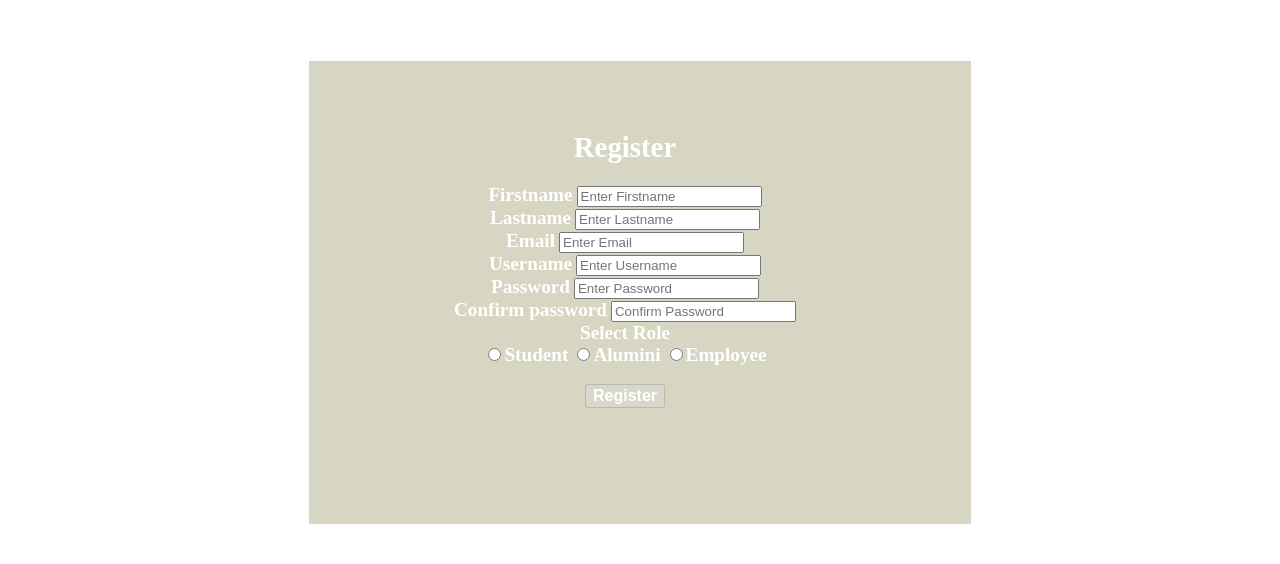
Repository: NeeleshPoojari/Project-2
Page: frontend_project2/WebContent/views/registrationform.html
An editor plug-in stored every save of this project. The page is shown before and after the next save, followed by the edit.
The browser window is 1280 px wide. The pictures show the whole page.

Above is the page before, as saved 2017-07-23 10:48:56.

### frontend_project2/WebContent/views/registrationform.html
<link href="css/registrationform.css" media="all" rel="stylesheet" type="text/css" />
<script src="js/passwordConfirm.js"></script>


<div >
<div class="Container">
	<div class="middle" style="margin-top: 60px;">

		<h2 align="center" style="color: white;" ><b><big>Register</big></b></h2>
		<form>
			<div align="center">
				<div class="row">
					<div class="form-group col-xs-6">
						<label style="color: white;"><b><big>Firstname</big></b></label> <input type="text"
							ng-model="user.firstname" placeholder="Enter Firstname"
							class="form-control input-lg" required>
					</div>


					<div class="form-group col-xs-6">
						<label style="color: white;"><b><big>Lastname</big></b></label> <input type="text"
							ng-model="user.lastname" placeholder="Enter Lastname"
							class="form-control input-lg" required>
					</div>

				</div>
			</div>

			<div align="center">
				<div class="row">
					<div class="form-group col-xs-6">
						<label style="color: white;"><b><big>Email</big></b></label> <input type="text"
							ng-model="user.email" placeholder="Enter Email"
							class="form-control input-lg" required>
					</div>


					<div class="form-group col-xs-6">
						<label style="color: white;"><b><big>Username</big></b></label> <input type="text"
							ng-model="user.username" placeholder="Enter Username"
							class="form-control input-lg" required>
					</div>

				</div>
			</div>


			<div align="center">
				<div class="row">
					<div class="form-group col-xs-6">
						<label style="color: white;"><b><big>Password</big></b></label> <input type="password"
							ng-model="user.password" placeholder="Enter Password"
							class="form-control input-lg" id="p1" required>
					</div>


					<div class="form-group col-xs-6">
						<label style="color: white;"><b><big>Confirm password</big></b></label> <input type="password"
							placeholder="Confirm Password" class="form-control input-lg" id="p2" onBlur='check_pass();'
							required><strong><span
								id='message'></span></strong>
					</div>

				</div>
			</div>

			<div align="center">
				<label style="color: white;"><b><big>Select Role</big></b></label><br>
				<div class="row">
					<input type="radio" ng-model="user.role" value="Student"><b style="color: white;"><big>Student</big></b>
					<input type="radio" ng-model="user.role" value="Alumini"><b style="color: white;"><big>Alumini</big></b>
					<input type="radio" ng-model="user.role" value="Employee"><b style="color: white;"><big>Employee</big></b>
				</div>
				<br>
				<button type="submit" ng-click="register()" class="btn btn-success btn-lg" id="submit" disabled ><b style="color: white;"><big>Register</big></button>
			</div>

			<!--

		Enter Firstname:<input type="text" ng-model="user.firstname"><br>
		Enter Lastname:<input type="text" ng-model="user.lastname"><br>
		Enter Email:<input type="text" ng-model="user.email"><br>
		Enter Username:<input type="text" ng-model="user.username"><br>
		Enter Password:<input type="password" ng-model="user.password"><br>

		Select Role<input type="radio" ng-model="user.role" value="Student">Student<br>
		<input type="radio" ng-model="user.role" value="Alumini">Alumini<br>
		<input type="radio" ng-model="user.role" value="Employee">Employee<br>

		<input type="submit" ng-click="register()"><br>
		 -->


		</form>
	</div>
</div>
</div>

### frontend_project2/WebContent/css/registrationform.css
.middle {
	border: 1px solid white;
	background-color: #d6d6c2;
	padding-top: 50px;
	padding-right: 50px;
	padding-bottom: 100px;
	padding-left: 20px;
	margin-left: 300px;
	margin-right: 300px;
}

### frontend_project2/WebContent/js/passwordConfirm.js
function check_pass() {
	if (document.getElementById('p1').value == document.getElementById('p2').value) {
		document.getElementById('submit').disabled = false;
		document.getElementById('message').style.color = 'green';
		document.getElementById('message').innerHTML = 'Matching';
	} else {
		document.getElementById('submit').disabled = true;
		document.getElementById('message').style.color = 'red';
		document.getElementById('message').innerHTML = 'Not Matching';
		window.alert('Entered Password is Not matching with above password ');

	}
}

After the next save:
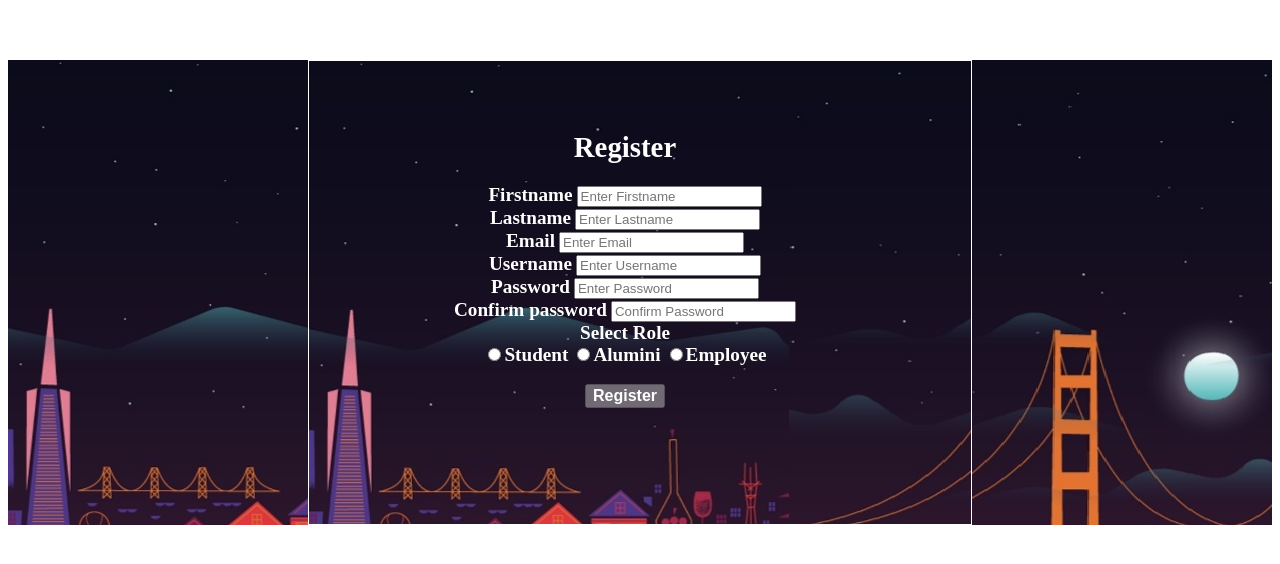
Saved 40 s later.
--- a/frontend_project2/WebContent/views/registrationform.html
+++ b/frontend_project2/WebContent/views/registrationform.html
@@ -2,9 +2,9 @@
 <script src="js/passwordConfirm.js"></script>
 
 
-<div >
+<div style="background-image: url('images/down1.png');">
 <div class="Container">
-	<div class="middle" style="margin-top: 60px;">
+	<div class="middle" style="margin-top: 60px;background-image: url('images/down1.png');">
 
 		<h2 align="center" style="color: white;" ><b><big>Register</big></b></h2>
 		<form>
